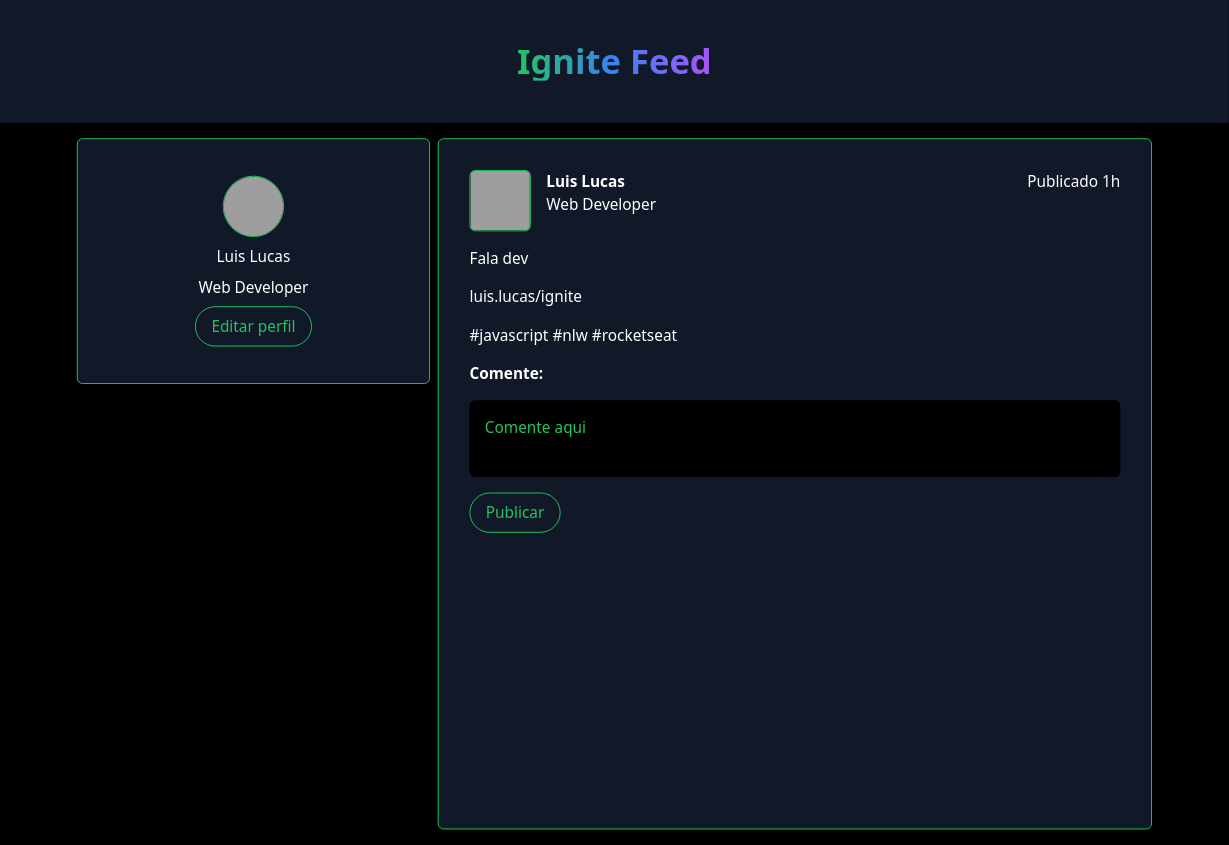
Repository: LuisSempre/ignite-feed
Page: /
An editor plug-in stored every save of this project. The page is shown before and after the next save, followed by the edit.
The browser window is 1280 px wide. The pictures show the whole page, at 96% of full size.
Pictures or frames that could not be fetched are drawn as grey boxes. The project was rebuilt for these pictures with package versions that can differ from the ones it lists, and the page was loaded fresh each time. Also part of the build but not shown: vite.config.js.

Above is the page before, as saved 2022-07-14 00:10:07.

After the next save:
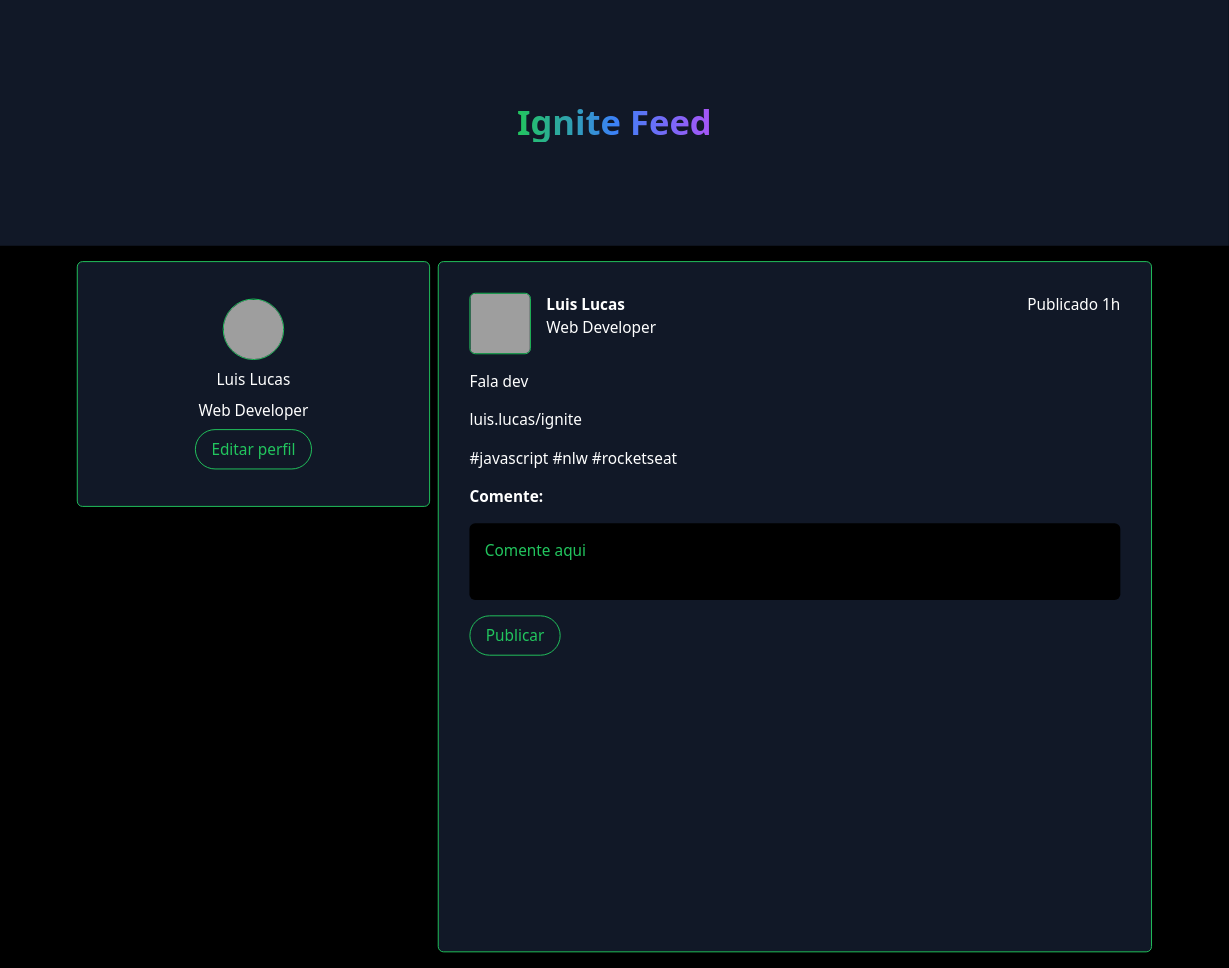
Saved 42 s later.
--- a/src/Components/Header.jsx
+++ b/src/Components/Header.jsx
@@ -1,6 +1,6 @@
 export function Header() {
   return (
-    <div className="flex items-center justify-center h-32 bg-gray-900 mx-auto w-full">
+    <div className="flex items-center justify-center h-64 bg-gray-900 mx-auto w-full">
       <h1 className="text-4xl font-bold text-transparent bg-clip-text bg-gradient-to-r from-green-500  via-blue-500 to-purple-500">Ignite Feed</h1>
     </div>
   )
